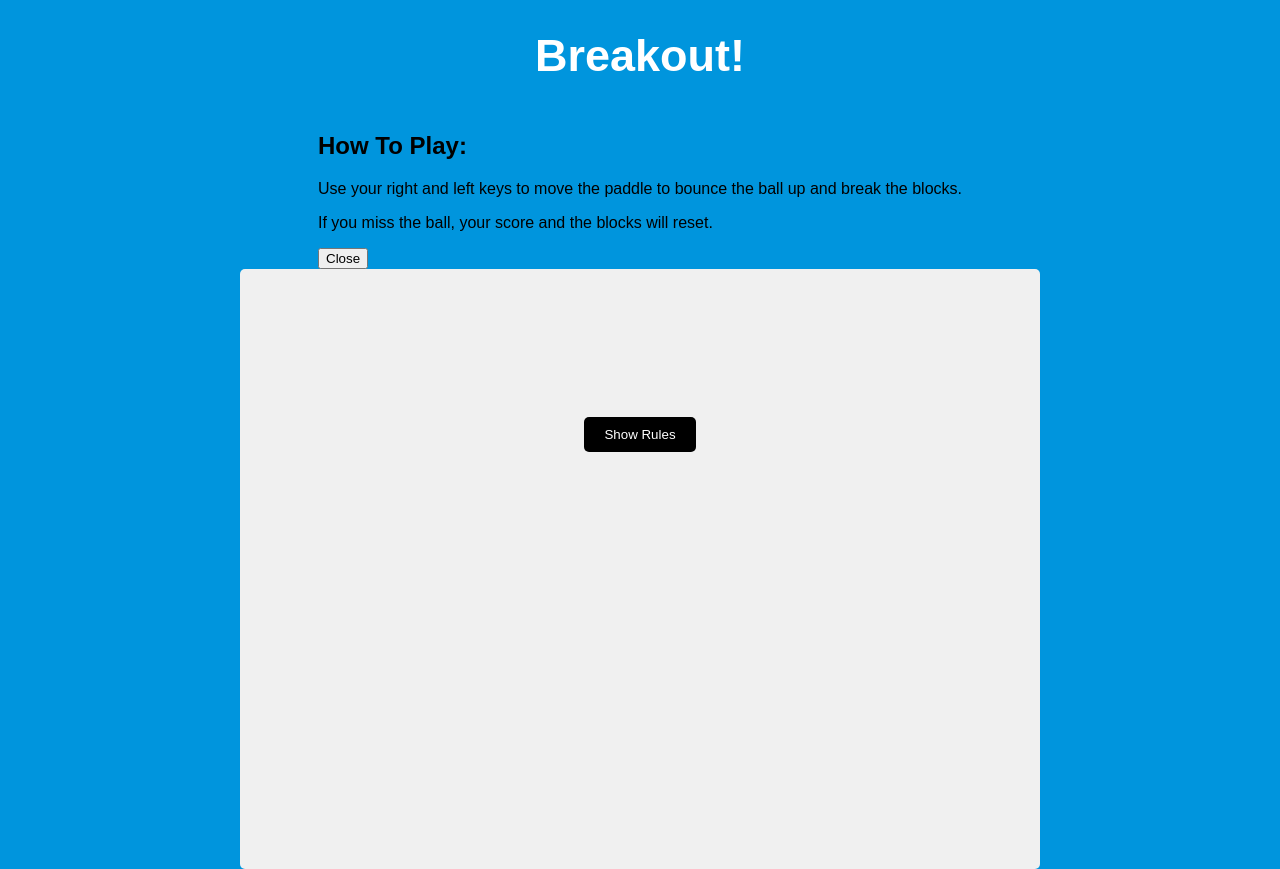
Repository: JackyZzZz/BREAKOUT-GAME
Page: index.html
These files come from the project's save history. The page is drawn as it stood at one moment and after the next save; the edit follows.
The browser window is 1280 px wide. The pictures show the whole page.

Above is the page before, as saved 2023-09-04 20:42:06.

### index.html
<!DOCTYPE html>
<html lang="en">
<head>
    <meta charset="UTF-8">
    <meta name="viewport" content="width=device-width, initial-scale=1.0">
    <meta http-equiv="" content="X-UA-Compatible" content="ie=edge">
    <link rel="stylesheet" href="style.css">
    <title>Breakout!</title>
</head>
<body>
    <h1>Breakout!</h1>
    <button id="rules-btn" class="btn rules-btn">Show Rules</button>
    <div id="rules" class="rules">
        <h2>How To Play:</h2>
        <p>
            Use your right and left keys to move the paddle to bounce the ball up and break the blocks.
        </p>
        <p>If you miss the ball, your score and the blocks will reset.</p>
        <button id="close-btn" class="close-btn">Close</button>
    </div>

    <canvas id="canvas" width="800" height="600"></canvas>

    <script src="script.js"></script>
</body>
</html>

### style.css
* {
    box-sizing: border-box;
}

body {
    background-color: #0095dd;
    display: flex;
    flex-direction: column;
    align-items: center;
    justify-content: center;
    font-family: Arial, Helvetica, sans-serif;
    min-height: 100vh;
    margin: 0;
}

h1 {
    font-size: 45px;
    color: #fff
}

canvas {
    background-color: #f0f0f0;
    display: block;
    border-radius: 5px;
}

.btn {
    cursor: pointer;
    border: 0;
    padding: 10px 20px;
    background-color: #000;
    color: #fff;
    border-radius: 5px;
}

.btn:focus {
    outline: 0;
}

.btn:hover {
    background: #222;
}

.btn:active {
    transform: scale(0.98);
}

.rules-btn {
    position: absolute;
}

Loaded but not shown: script.js (no copy from this time; the picture is the same without it)

After the next save:
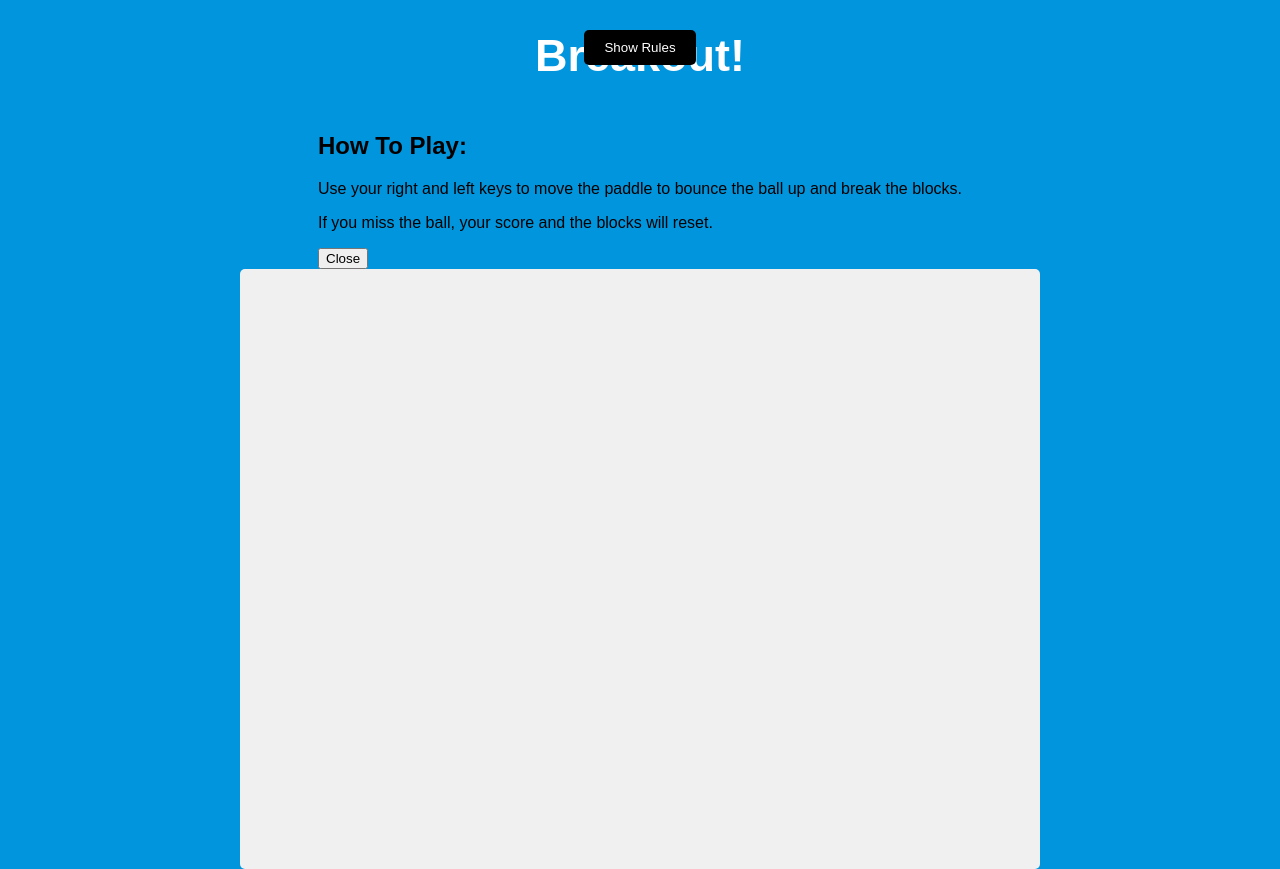
Saved 5 s later.
--- a/style.css
+++ b/style.css
@@ -47,4 +47,5 @@ canvas {
 
 .rules-btn {
     position: absolute;
+    top: 30px;
 }
